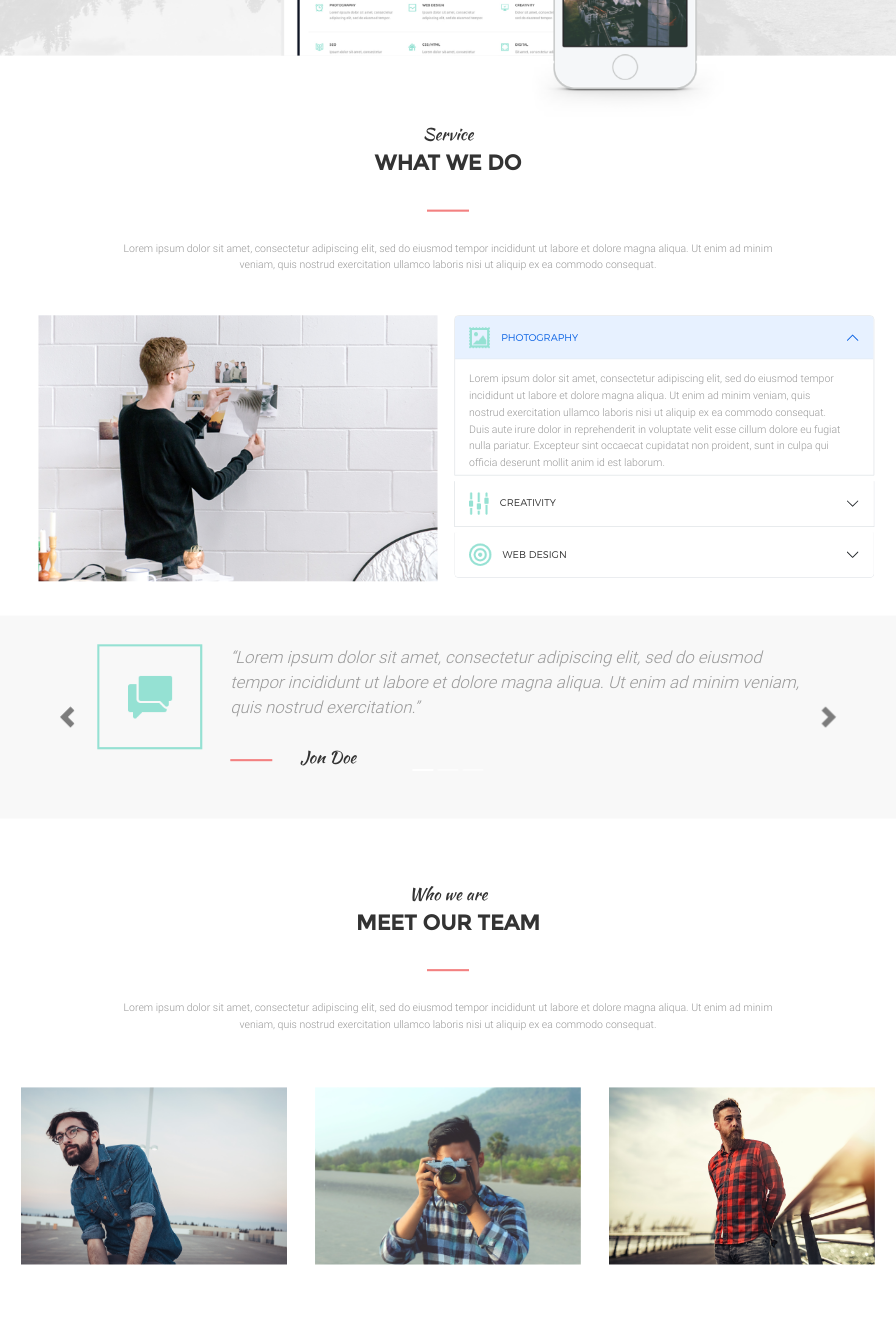
Repository: RaffiBarseghyan/mogo
Page: /
The author's editor kept a copy of each file at every save. The page is drawn from the files as they stood at one save, then again after a run of saves.
The browser window is 1280 px wide. The pictures show the part of the page from y = 3348 to 5268 px (the page is 5268 px tall), at 70% of full size.
The project was rebuilt for these pictures with package versions that can differ from the ones it lists, and the page was loaded fresh each time.

Above is the page before, as saved 2023-05-12 23:18:46.

After the next 2 saves:
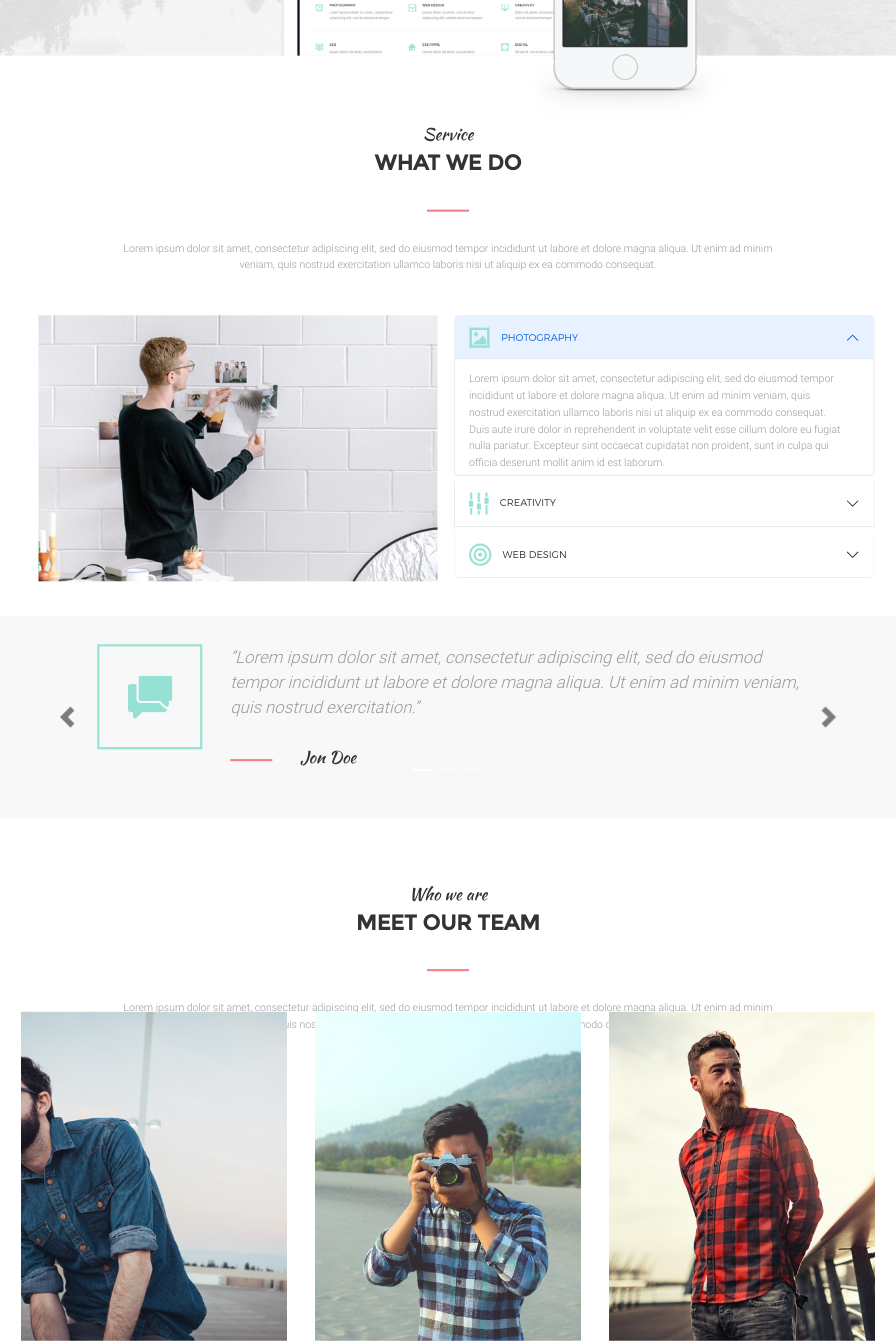
The 2 saves are shown as one change because they came seconds apart.
The last was saved 38 s later.
--- a/src/Pages/WeAre/weAre.module.scss
+++ b/src/Pages/WeAre/weAre.module.scss
@@ -59,7 +59,7 @@
   img {
     width: 380px;
     height: 470px;
-    aspect-ratio: 3/2;
+    aspect-ratio: 2/3;
     object-fit: cover;
   }
 }
